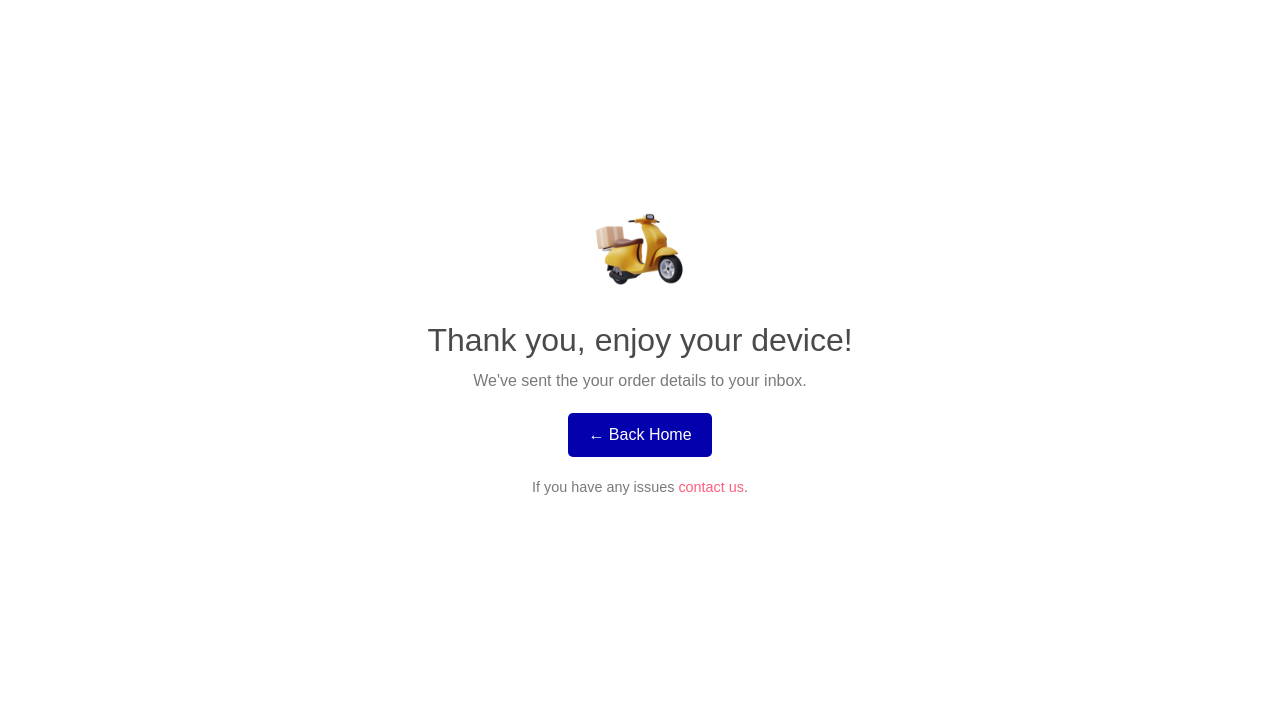
Repository: Davidobi21/macelect
Page: frontend/pages/thank-you.html
An editor plug-in stored every save of this project. The page is shown before and after the next save, followed by the edit.
The browser window is 1280 px wide. The pictures show the whole page.

Above is the page before, as saved 2025-05-01 05:26:00.

### frontend/pages/thank-you.html
<!DOCTYPE html>
<html lang="en">
<head>
  <meta charset="UTF-8">
  <meta name="viewport" content="width=device-width, initial-scale=1.0">
  <title>Thank You</title>
  <link href="https://cdn.jsdelivr.net/npm/bootstrap@5.3.0-alpha1/dist/css/bootstrap.min.css" rel="stylesheet">
  <style>
    body {
      display: flex;
      justify-content: center;
      align-items: center;
      height: 100vh;
      margin: 0;
      font-family: 'Arial', sans-serif;
    }
    .thank-you-container {
      text-align: center;
      padding: 40px;
      border-radius: 10px;
    }
    .thank-you-container img {
      width: 100px;
      margin-bottom: 20px;
    }
    .thank-you-container h1 {
      font-size: 2rem;
      color: #4a4a4a;
      margin-bottom: 10px;
    }
    .thank-you-container p {
      color: #7a7a7a;
      margin-bottom: 20px;
    }
    .thank-you-container .btn {
      background-color: #0300ad;
      color: #fff;
      padding: 10px 20px;
      border: none;
      border-radius: 5px;
      text-decoration: none;
      font-size: 1rem;
    }
    .thank-you-container .btn:hover {
      background-color: #e14c6a;
    }
    .thank-you-container .contact {
      margin-top: 20px;
      font-size: 0.9rem;
      color: #7a7a7a;
    }
    .thank-you-container .contact a {
      color: #ff5e7d;
      text-decoration: none;
    }
    .thank-you-container .contact a:hover {
      text-decoration: underline;
    }
  </style>
</head>
<body>
  <div class="thank-you-container">
    <img src="../images/pngwing.com (10).png" alt="Email Icon">
    <h1>Thank you, enjoy your device!</h1>
    <p>We've sent the your order details to your inbox.</p>
    <a href="../index.html" class="btn">← Back Home</a>
    <div class="contact">
      <p>If you have any issues <a href="contact.html">contact us</a>.</p>
    </div>
  </div>
</body>
</html>

After the next save:
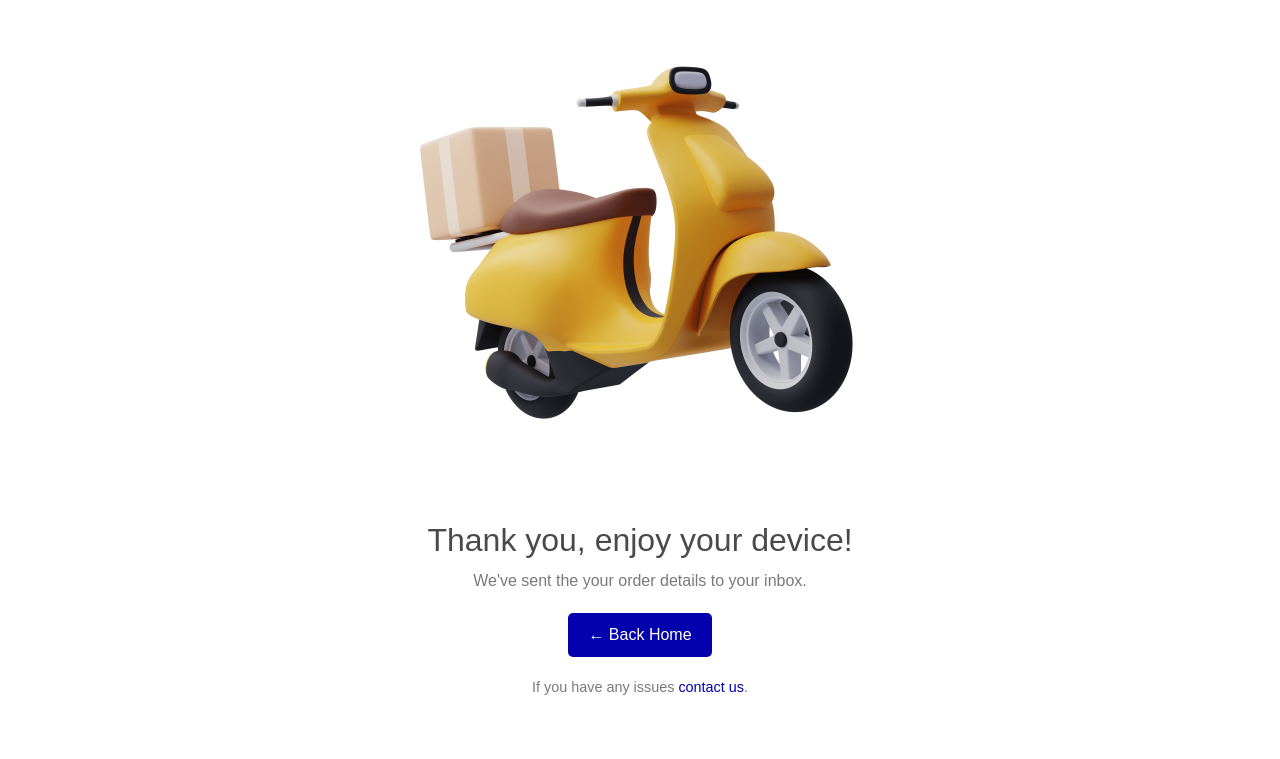
Saved 62 s later.
--- a/frontend/pages/thank-you.html
+++ b/frontend/pages/thank-you.html
@@ -20,7 +20,7 @@
       border-radius: 10px;
     }
     .thank-you-container img {
-      width: 100px;
+      width: 500px;
       margin-bottom: 20px;
     }
     .thank-you-container h1 {
@@ -50,7 +50,7 @@
       color: #7a7a7a;
     }
     .thank-you-container .contact a {
-      color: #ff5e7d;
+      color:  #0300ad;
       text-decoration: none;
     }
     .thank-you-container .contact a:hover {
